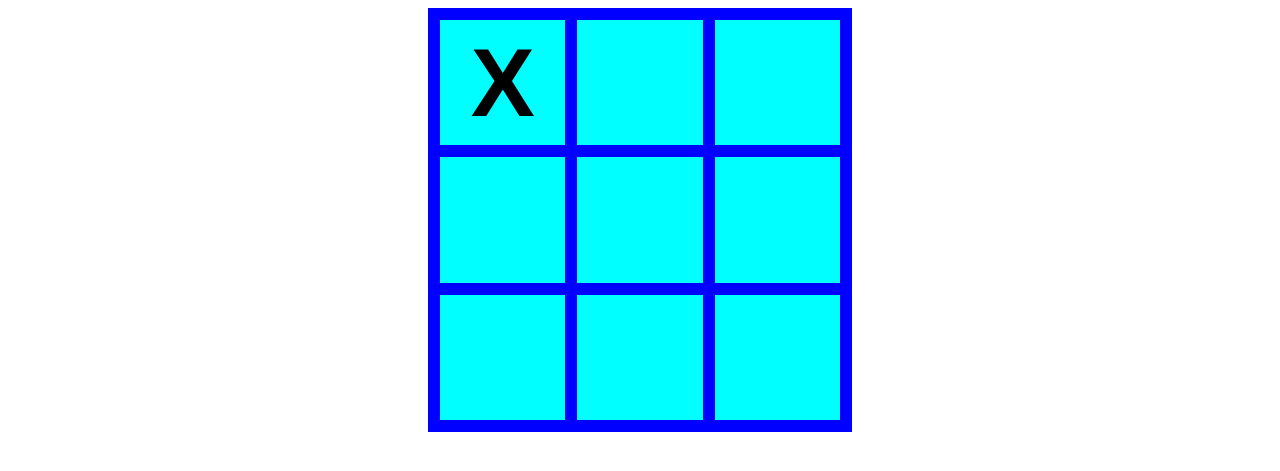
Repository: yeetzpxoci/tic-tac-toe
Page: index.html
These files come from the project's save history. The page is drawn as it stood at one moment and after the next save; the edit follows.
The browser window is 1280 px wide. The pictures show the whole page.
After loading, the first visible `div.square` was clicked once.

Above is the page before, as saved 2023-02-23 12:21:05.

After the next save:
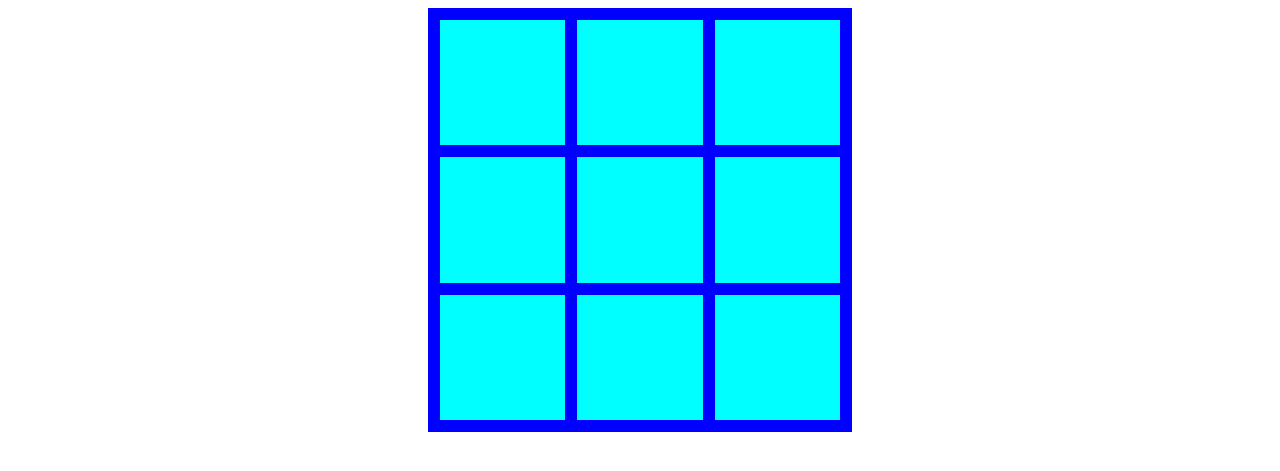
Saved 2 min 38 s later.
--- a/script.js
+++ b/script.js
@@ -72,12 +72,10 @@ function resetBoard() {
 
 function disableSquares() {
     for (let i = 0; i < squares.length; i++) {
-        squares[i].removeEventListener("click", play);
+        squares[i].removeEventListener("click", game.playRound);
     }
 }
 
 for (let i = 0; i < squares.length; i++) {
-    squares[i].addEventListener("click", function play() {
-        game.playRound(this, i);
-    }, { once: true });
+    squares[i].addEventListener("click", game.playRound, { once: true });
 }

After the 2 saves that followed:
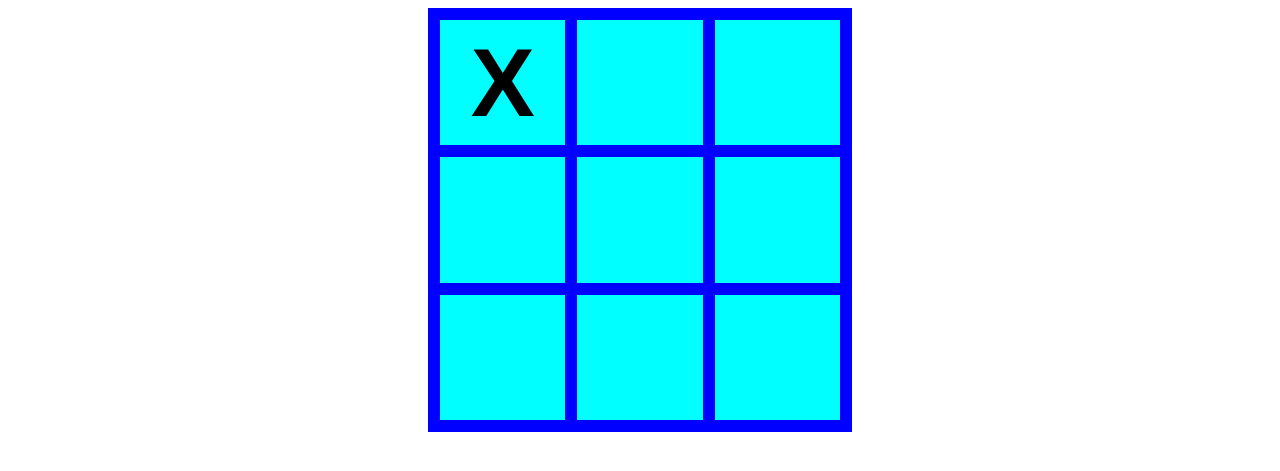
The 2 saves are shown as one change because 1 left the picture as it was.
The last was saved 2 min 7 s later.
--- a/script.js
+++ b/script.js
@@ -38,9 +38,9 @@ const players = (symbol) => {
 const game = (() => {
     let turn = "X";
 
-    const playRound = (square, index) => {
-        players(turn).play(index);
-        square.innerHTML = turn;
+    const playRound = (e) => {
+        players(turn).play(e.currentTarget.dataset.index);
+        e.currentTarget.innerHTML = turn;
         renderBoard();
         if (turn === "X") {
             turn = "O";
